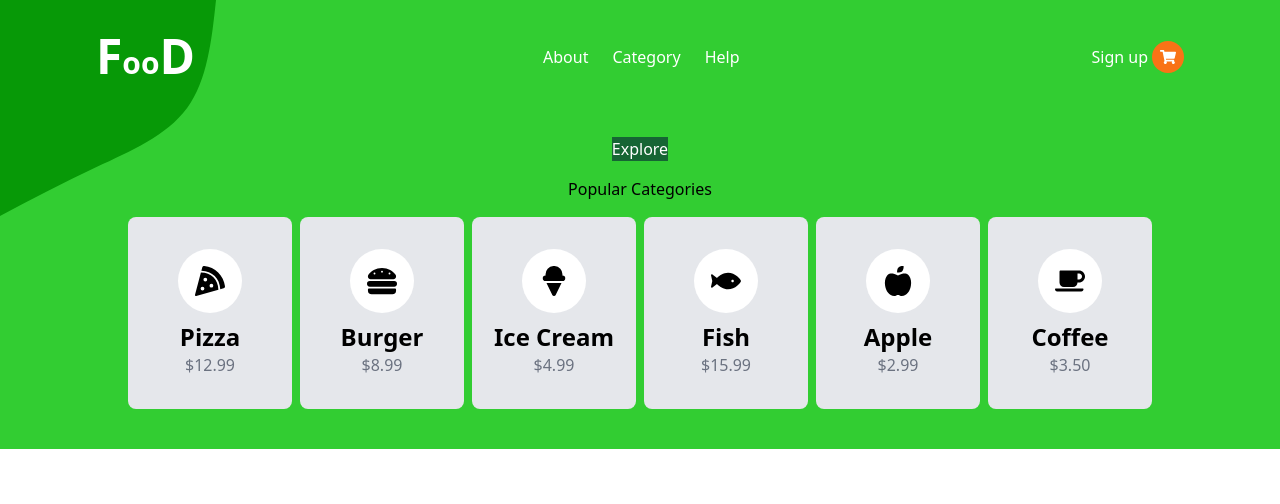
Repository: KhushiCode14/FoodWeb
Page: /category (app in frontend/)
An editor plug-in stored every save of this project. The page is shown before and after the next save, followed by the edit.
The browser window is 1280 px wide. The pictures show the whole page.
The project was rebuilt for these pictures with package versions that can differ from the ones it lists, and the page was loaded fresh each time. Also part of the build but not shown: frontend/src/Pages/Home.tsx, frontend/src/components/Home/SignUp.tsx, frontend/src/components/Home/SignIn.tsx, frontend/src/components/Home/Cart.tsx.

Above is the page before, as saved 2024-09-24 12:22:07.

After the next save:
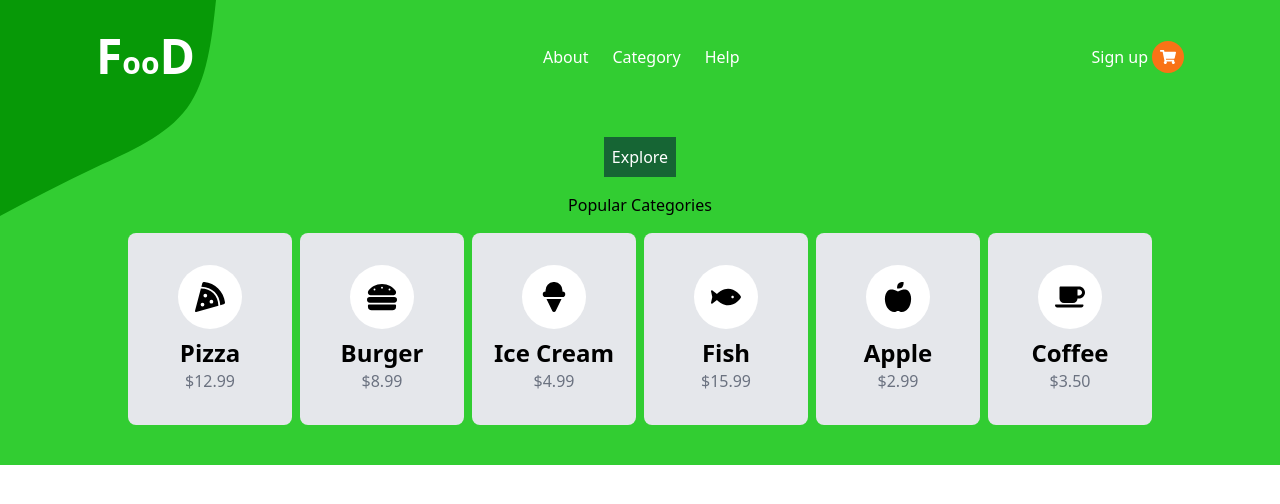
Saved 9 s later.
--- a/frontend/src/components/categories/Category.tsx
+++ b/frontend/src/components/categories/Category.tsx
@@ -4,7 +4,7 @@ import Card from './Card'
 const Category = () => {
   return (
     <div className='flex flex-col p-10  gap-4 items-center justify-center'>
-      <div className='flex-1 bg-green-800 text-white'><button>Explore</button></div>
+      <div className='flex-1 bg-green-800 text-white p-2'><button>Explore</button></div>
       <div className='flex-1' ><h1>Popular Categories</h1></div>
       {/* cards */}
       <div className='flex-1'>
